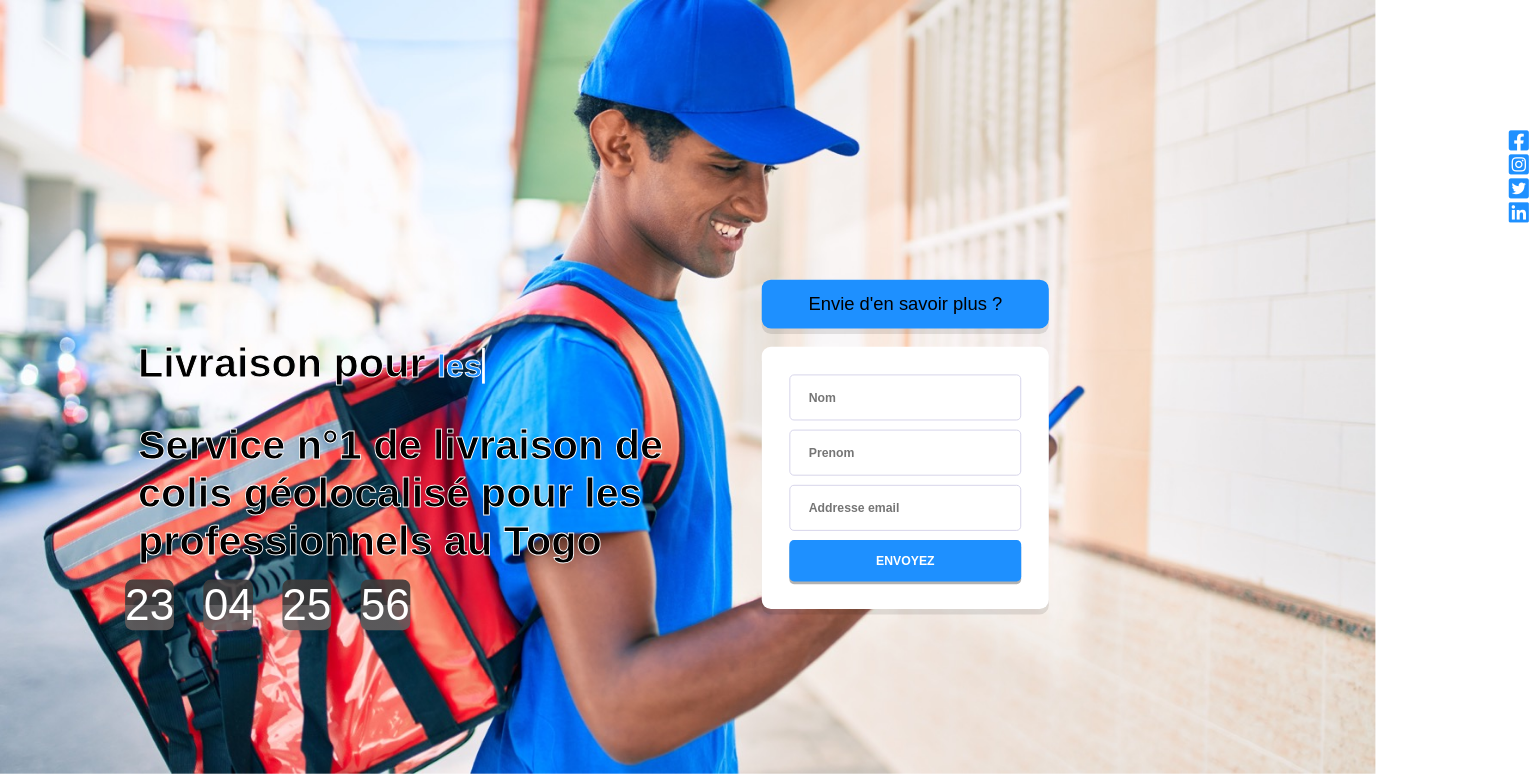
Repository: lawalalao/landpage
Page: index.html
The author's editor kept a copy of each file at every save. The page is drawn from the files as they stood at one save, then again after the next save.
The browser window is 1280 px wide. The page is 1662 px wide, then 1280 px, then 1662 px, so the pictures cover 1662 px, including what lies to the right of the window. The pictures show the whole page, at 92% of full size.
Some web fonts or font styles are not loaded; a fallback is used.

Above is the page before, as saved 2021-01-15 15:38:27.
Console error: TypeError: Cannot read properties of null (reading 'addEventListener')

After the next save:
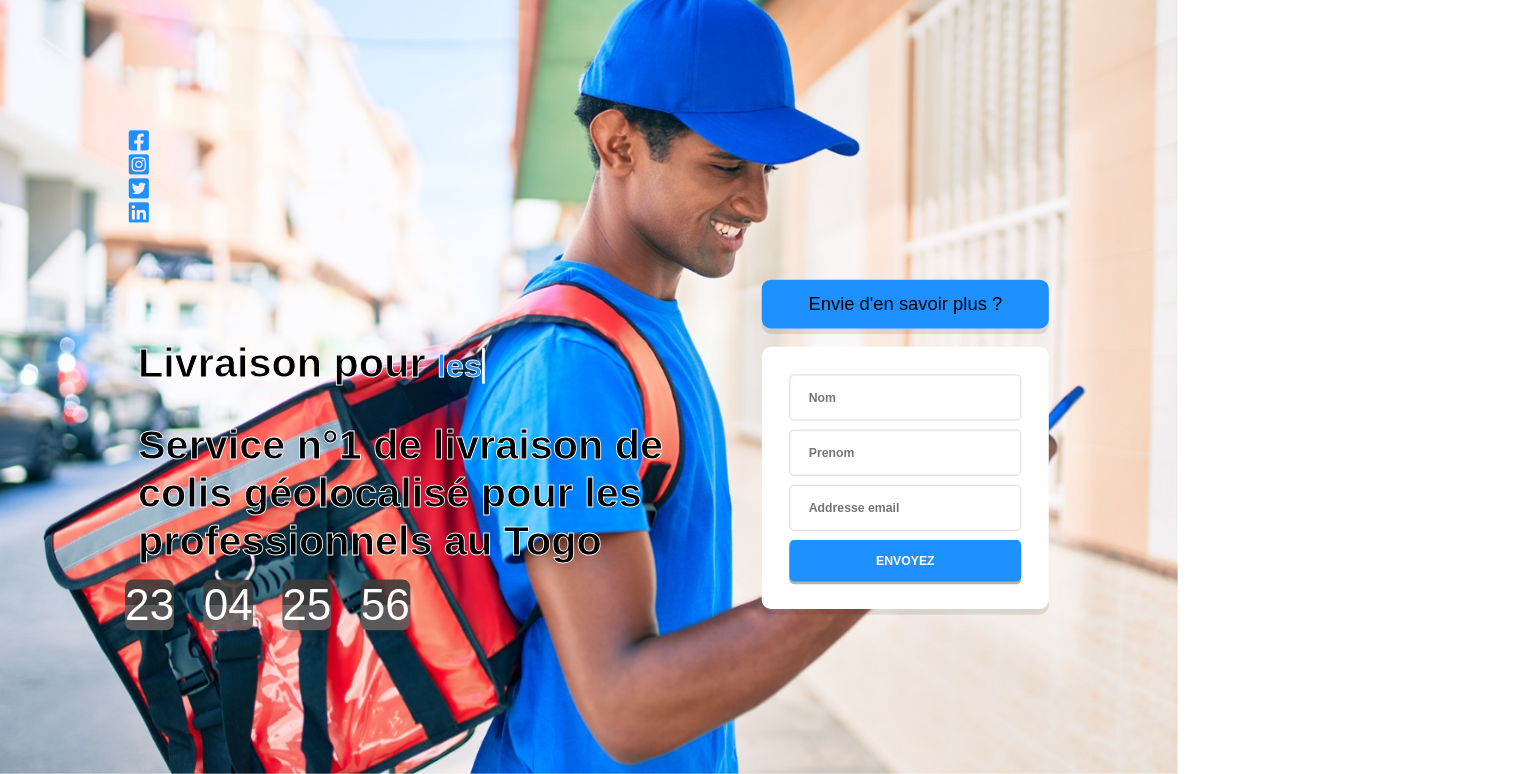
Saved 7 s later.
--- a/style.css
+++ b/style.css
@@ -11,7 +11,7 @@
     text-align: center;
 }
 .social{
-    margin-left:1500px;
+    margin-right:1500px;
 }
 .social i{
     color:#1E90FF;

After the save that followed:
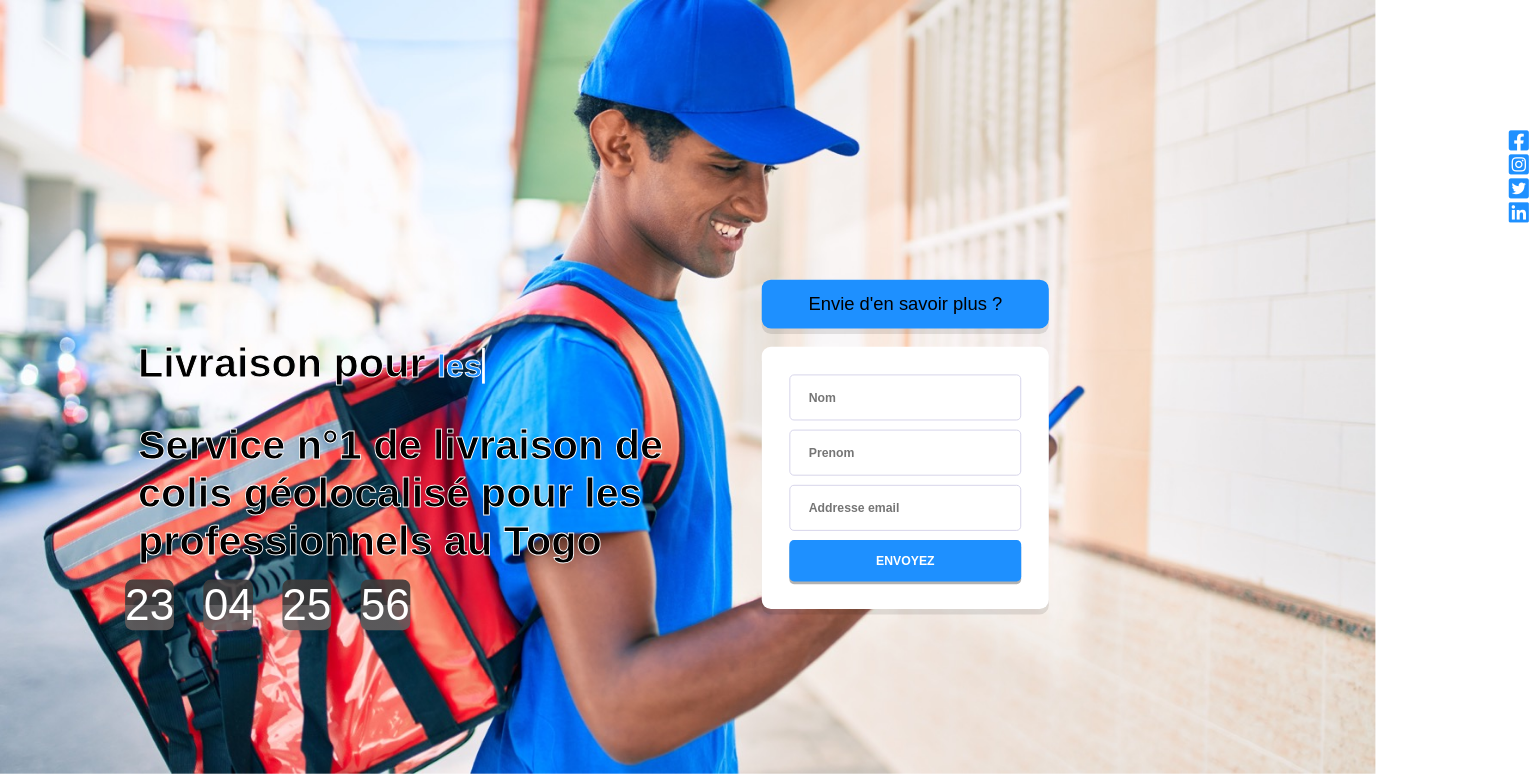
Saved 9 s later.
--- a/style.css
+++ b/style.css
@@ -11,7 +11,7 @@
     text-align: center;
 }
 .social{
-    margin-right:1500px;
+    margin-left:1500px;
 }
 .social i{
     color:#1E90FF;
